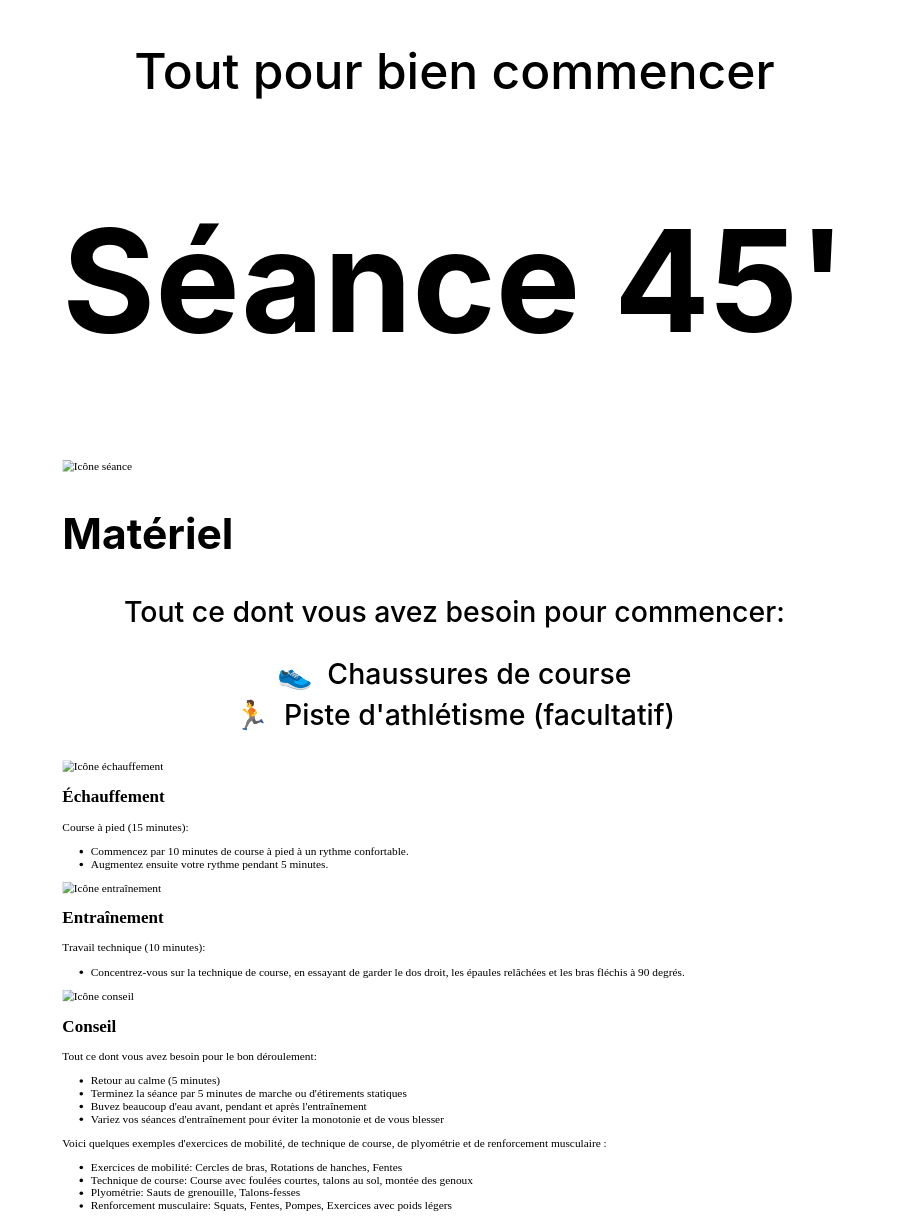
Repository: AdilGHAZAL/MosaiqueWebdoc
Page: /
The author's editor kept a copy of each file at every save. The page is drawn from the files as they stood at one save, then again after the next save.
The browser window is 1280 px wide. The pictures show the whole page, at 71% of full size.
Some web fonts or font styles are not loaded; a fallback is used. The project was rebuilt for these pictures with package versions that can differ from the ones it lists, and the page was loaded fresh each time. Also part of the build but not shown: vite.config.js, src/App.css, src/components/Navbar.css, src/components/Navbar.jsx, src/components/Athletes.css, src/components/Athletes.jsx, src/components/Athletes2.jsx, src/components/Athletes3.jsx and 18 more.

Above is the page before, as saved 2024-05-02 16:59:44.

### index.html
<!doctype html>
<html lang="en">
  <head>
    <meta charset="UTF-8" />
    <link rel="icon" type="image/svg+xml" href="./src/logos/logoMosaique.svg" />
    <meta name="viewport" content="width=device-width, initial-scale=1.0" />
    <title>Mosaique</title>
    <link rel="preconnect" href="https://fonts.googleapis.com">
<link rel="preconnect" href="https://fonts.gstatic.com" crossorigin>
<link href="https://fonts.googleapis.com/css2?family=Mina:wght@400;700&display=swap" rel="stylesheet">
  </head>
  <body>
    <div id="root"></div>
    <script type="module" src="/src/main.jsx"></script>
  </body>
</html>

### src/App.jsx
// App.jsx
import React from 'react';
import { BrowserRouter as Router, Routes, Route} from 'react-router-dom';
import './App.css'; // Import the CSS file
import HomePage from './components/HomePage';
import Athlete1 from './Athelete1/Athlete1'; // Import the NouvellePage component
import LoginScreen from './LoginScreen';
import MainView from './backoffice';
import TrainingPage from './TrainingPage';
const App = () => {
    return (
        <Router>

                <Routes>
                    <Route path="/" element={<TrainingPage/>} />
                    <Route path="/Athlete1" element={<Athlete1/>} />
                    <Route path="/login" element={<LoginScreen/>  }/>
                    <Route path='/backoffice'element={<MainView/>}/>
                </Routes>

        </Router>
    );
};

export default App;

### src/index.css
:root {
  --rose: #E9257F

}

### src/TrainingPage.jsx
import React from 'react';
import './TrainingPage.css';  // Assurez-vous que le chemin vers le fichier CSS est correct

const TrainingPage = () => {
  return (
    <div className="containerTraining">
      <section className="session-info">
        <h2>Tout pour bien commencer</h2>
      </section>

      <div className="sectionMaterial">
        <h1>Séance 45'</h1>
        <img src="" alt="Icône séance" />
        <h2>Matériel</h2>
        <p>Tout ce dont vous avez besoin pour commencer:</p>
        <ul>
          <li><span className="icon">&#128095;</span> Chaussures de course</li>
          <li><span className="icon">&#127939;</span> Piste d'athlétisme (facultatif)</li>
        </ul>
      </div>

      <div className="sectionWarmUp">
        <img src="" alt="Icône échauffement" />
        <h2>Échauffement</h2>
        <div>
          <p>Course à pied (15 minutes):</p>
          <ul>
            <li>Commencez par 10 minutes de course à pied à un rythme confortable.</li>
            <li>Augmentez ensuite votre rythme pendant 5 minutes.</li>
          </ul>
        </div>
      </div>

      <div className="sectionTraining">
        <img src="" alt="Icône entraînement" />
        <h2>Entraînement</h2>
        <div>
          <p>Travail technique (10 minutes):</p>
          <ul>
            <li>Concentrez-vous sur la technique de course, en essayant de garder le dos droit, les épaules relâchées et les bras fléchis à 90 degrés.</li>
          </ul>
        </div>
      </div>

      <div className="sectionAdvice">
        <img src="" alt="Icône conseil" />
        <h2>Conseil</h2>
        <div>
          <p>Tout ce dont vous avez besoin pour le bon déroulement:</p>
          <ul>
            <li>Retour au calme (5 minutes)</li>
            <li>Terminez la séance par 5 minutes de marche ou d'étirements statiques</li>
            <li>Buvez beaucoup d'eau avant, pendant et après l'entraînement</li>
            <li>Variez vos séances d'entraînement pour éviter la monotonie et de vous blesser</li>
          </ul>
          <p>Voici quelques exemples d'exercices de mobilité, de technique de course, de plyométrie et de renforcement musculaire :</p>
          <ul>
            <li>Exercices de mobilité: Cercles de bras, Rotations de hanches, Fentes</li>
            <li>Technique de course: Course avec foulées courtes, talons au sol, montée des genoux</li>
            <li>Plyométrie: Sauts de grenouille, Talons-fesses</li>
            <li>Renforcement musculaire: Squats, Fentes, Pompes, Exercices avec poids légers</li>
          </ul>
        </div>
      </div>
    </div>
  );
};

export default TrainingPage;

### src/components/HomePage.css
/* App.css */
body {
    margin: 0;
    background-color: #ffffff;
    color: #000000;
    display: flex;
    flex-direction: column;
    align-items: center;
    justify-content: center;
    min-height: 100vh;

  }

  .app-container {
      font-family: "SF Pro Display-Medium", Helvetica;
    width: 100vw;
    height: 100%;
    min-height: 100vh;
    /*  background-image: url('./assets/ub1.png');*/
    display: flex;
    flex-direction: column;
    margin: auto;
    background-color: #ffffff;
  }

  .main-title {
    font-family: 'SF Pro Display', sans-serif;
    font-size: 70px;
    font-weight: 500;
    line-height: 83.54px;
    text-align: center;
    margin-top: 100px;
  }

  .bold-text {
    font-weight: 700;
  }

  .content {
    padding: 20px;
    width: 100%;
    max-width: 1200px;
    margin: auto;

  }

  .UBimage {
    width: auto;
  }

  .bottom-text {
    font-size: 18px;
    text-align: center;
    margin-top: 30px;
  }
  .scroll-reveal > * {
    /* text-align: justify; */
    display: inline;
    color:hsl(0deg 22.14% 64.8% / 20%);
    font-size: 60px;
    font-weight: 500;
    background-clip: text;
    background-repeat: no-repeat;
    background-size: 0% 100%;
    background-image: linear-gradient( #E9257F, #ce1f71 );
    animation: scroll-reveal linear forwards;
    animation-timeline: view();
  }

  .scroll-text {

    text-align: justify;
  }
  @keyframes scroll-reveal {
    to {
      background-size: 100% 100%;
    }
  }
  .scroll-reveal p {
    /* font-family: SF Pro Display; */


  }

  .scrollPhotos {
    display: flex;
    justify-content: flex-start; /* Align photos to the maximum left */
    width: 100%;
    overflow-x: auto; /* Enable horizontal scrolling if photos exceed container width */
    padding: 20px 0; /* Optional padding */
  }

### src/TrainingPage.css
/* Styles pour "Tout pour bien commencer" */
.session-info h2 {
    font-family: 'SF Pro Display', sans-serif;
    font-size: 70px;
    font-weight: 500;
    line-height: 83.54px;
    text-align: center;
  }

  /* Styles pour "Séance 45'" */
  .sectionMaterial h1 {
    font-family: 'SF Pro Display', sans-serif;
    font-size: 200px;
    font-weight: 700;
    line-height: 238.67px;
    text-align: center;
  }

  /* Styles pour "Matériel" */
  .sectionMaterial h2 {
    font-family: 'SF Pro Display', sans-serif;
    font-size: 60px;
    font-weight: 700;
    line-height: 71.6px;
    text-align: justify; /* Notez que 'justify' n'est pas valide pour 'text-align', vous voudriez peut-être utiliser 'justified' dans une classe différente si c'est nécessaire */
  }

  /* Styles pour "Tout ce dont vous avez besoin pour commencer:" et la liste */
  .sectionMaterial p, .sectionMaterial ul {
    font-family: 'SF Pro Display', sans-serif;
    font-size: 40px;
    font-weight: 500;
    line-height: 47.73px;
    text-align: center;
  }

  /* Styles additionnels pour la liste pour garder les icônes alignées */
  .sectionMaterial ul {
    padding: 0;
    list-style-type: none; /* Enlève les puces de la liste */
  }

  .sectionMaterial li {
    margin-bottom: 10px; /* Espacement entre les éléments de la liste */
  }

  .sectionMaterial .icon {
    font-size: 40px; /* Assure que les icônes ont la même taille de police que le texte */
    margin-right: 10px; /* Espacement entre l'icône et le texte */
  }

Loaded but not shown: src/main.jsx (common file)

After the next save:
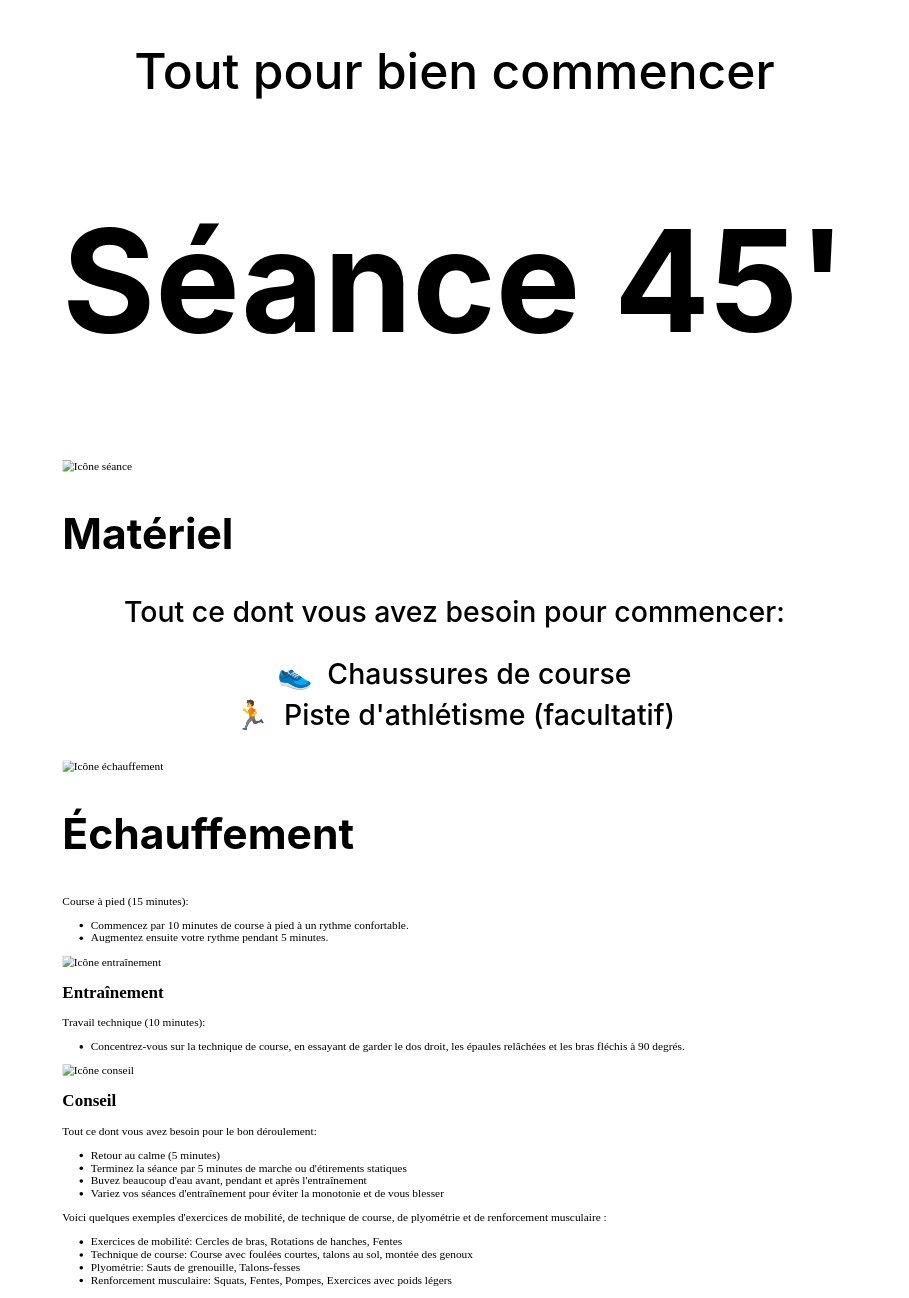
Saved 4 min 5 s later.
--- a/src/TrainingPage.css
+++ b/src/TrainingPage.css
@@ -48,3 +48,10 @@
     font-size: 40px; /* Assure que les icônes ont la même taille de police que le texte */
     margin-right: 10px; /* Espacement entre l'icône et le texte */
   }
+  .sectionWarmUp h2 {
+    font-family: 'SF Pro Display', sans-serif;
+    font-size: 60px;
+    font-weight: 700;
+    line-height: 71.6px;
+    text-align: justify; /* Note: 'justify' n'est pas typiquement utilisé pour les titres, envisagez 'left', 'center', ou 'right' */
+  }
